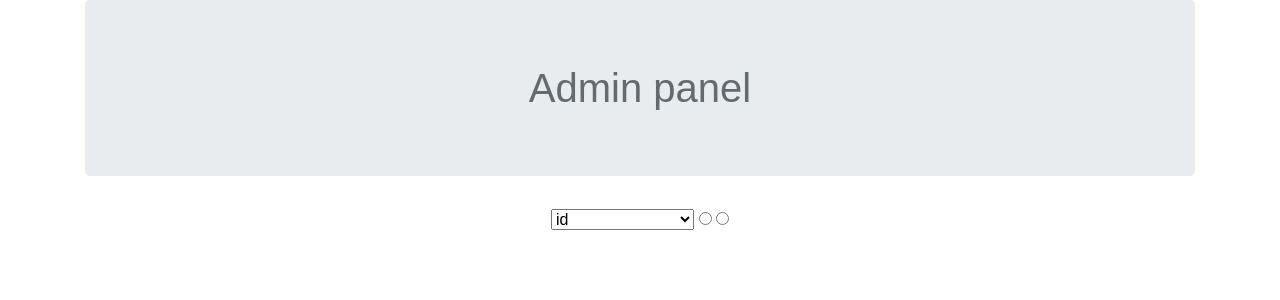
Repository: WOLVGVNG/gameclan
Page: resources/views/admin_panel.blade.php
These files come from the project's save history. The page is drawn as it stood at one moment and after the next save; the edit follows.
The browser window is 1280 px wide. The pictures show the whole page.
The page is served by the project's Laravel application, run on PHP 8.4 with Laravel 8. The template is opened directly, without the code that normally fills it, so the values that code supplies are empty.

Above is the page before, as saved 2019-03-19 17:09:30.

After the next save:
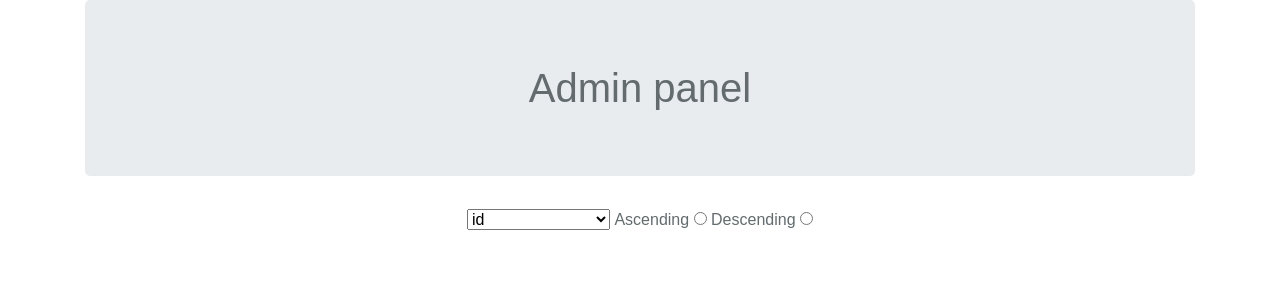
Saved 84 s later.
--- a/resources/views/admin_panel.blade.php
+++ b/resources/views/admin_panel.blade.php
@@ -26,8 +26,10 @@
             <option>created_at</option>
             <option>updated_at</option>
         </select>
-        <input type='radio' name='filtr_order' value="asc">
-        <input type='radio' name='filtr_order' value="desc">
+        <label for='asc'>Ascending</label>
+        <input type='radio' name='filtr_order' value='asc' id='asc'>
+        <label for='desc'>Descending</label>
+        <input type='radio' name='filtr_order' value='desc' id='desc'>
     </form>
     @foreach($users as $user)
         <div class='row'>
